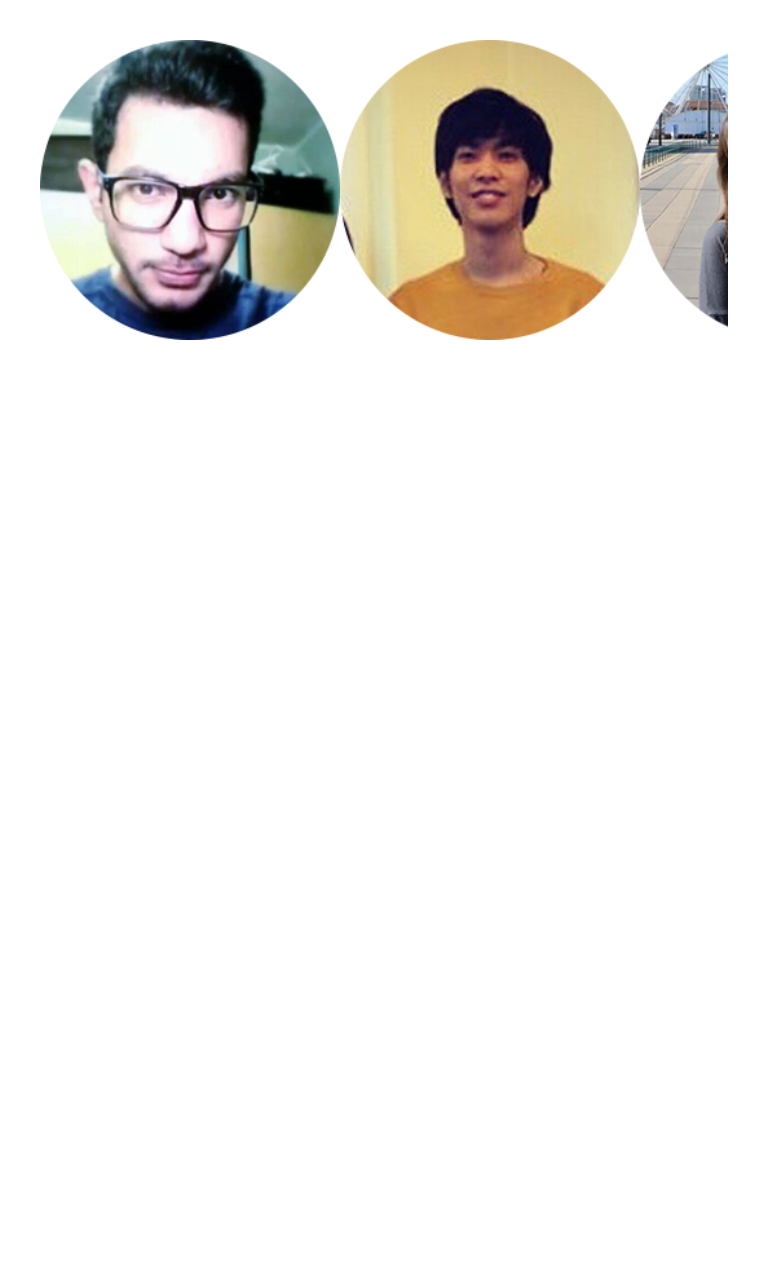
Repository: vitaabb/learnmixer
Layout: LearnMixer 4.05.2015/LearnMixer/res/layout/activity_share_list.xml
An editor plug-in stored every save of this project. The layout is shown before and after the next save, followed by the edit.
It is drawn on a 768 x 1280 px phone screen (xhdpi) without system bars, with theme AppTheme; the app's code is not run.

Above is the layout before, as saved 2015-05-06 16:57:33.

After the next save:
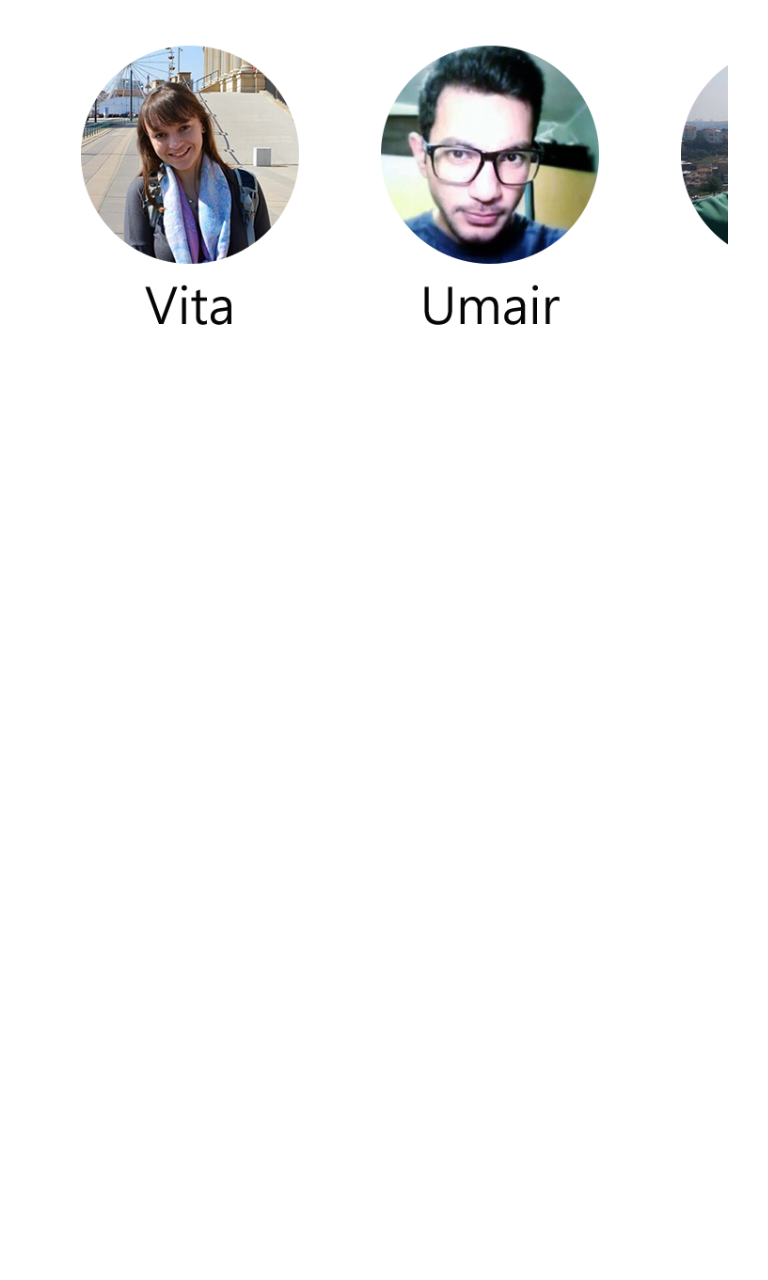
Saved 1 s later.
--- a/LearnMixer 4.05.2015/LearnMixer/res/layout/activity_share_list.xml
+++ b/LearnMixer 4.05.2015/LearnMixer/res/layout/activity_share_list.xml
@@ -19,32 +19,32 @@
             android:orientation="horizontal" >
 
             <ImageView
+                android:id="@+id/ImageView03"
+                android:layout_width="150dp"
+                android:layout_height="150dp"
+                android:onClick="share"
+                android:src="@drawable/usr3" />
+
+            <ImageView
                 android:id="@+id/ImageView02"
                 android:layout_width="150dp"
                 android:layout_height="150dp"
                 android:onClick="share"
-                android:src="@drawable/face9" />
+                android:src="@drawable/usr5" />
 
             <ImageView
                 android:id="@+id/ImageView01"
                 android:layout_width="150dp"
                 android:layout_height="150dp"
                 android:onClick="share"
-                android:src="@drawable/face8" />
+                android:src="@drawable/usr2" />
 
             <ImageView
                 android:id="@+id/fimg_19"
                 android:layout_width="150dp"
                 android:layout_height="150dp"
                 android:onClick="share"
-                android:src="@drawable/face1" />
-
-            <ImageView
-                android:id="@+id/fimg_17"
-                android:layout_width="150dp"
-                android:layout_height="150dp"
-                android:onClick="share"
-                android:src="@drawable/face14" />
+                android:src="@drawable/usr4" />
 
         </LinearLayout>
 
